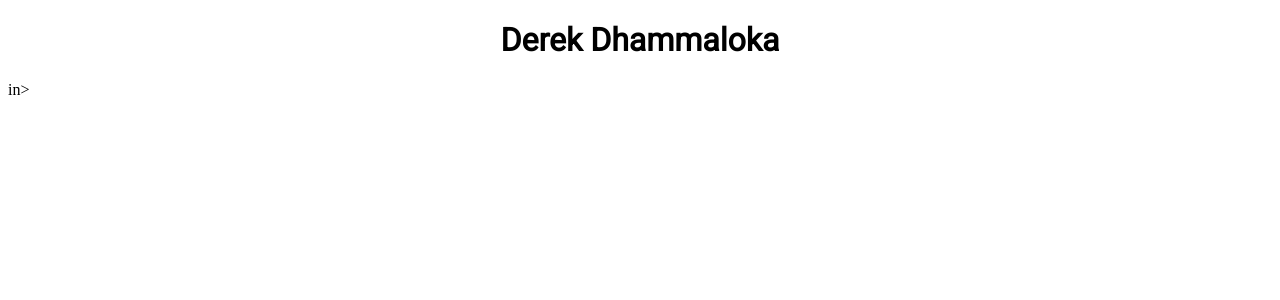
Repository: derektypist/tribute-page
Page: index.html
The author's editor kept a record of every edit. The page is drawn from the files as they stood at one moment, then again after the next edit.
The browser window is 1280 px wide. The pictures show the whole page.

Above is the page before.

### index.html
<!DOCTYPE html>
<html lang="en">
<head>
    <meta charset="UTF-8">
    <meta name="viewport" content="width=device-width, initial-scale=1.0">
    <meta http-equiv="X-UA-Compatible" content="ie=edge">
    <title>Derek Dhammaloka Tribute Page</title>
    <!-- Load Style Sheets -->
    <link href="https://fonts.googleapis.com/css?family=Roboto&display=swap" rel="stylesheet">
    <style>

        /* Title */
        #title {
            font-family: "Roboto", Arial, Verdana, sans-serif;
            text-align: center;
        }

        /* Tribute Info */
        #tribute-info {
            font-family: "Roboto", Arial, Verdana, sans-serif;
            text-align: center;
        }


    </style>
</head>
<body>
    <!-- Set Header Element -->
    <header>
        <h1 id="title">Derek Dhammaloka</h1>
    </header>in>

    </main>
</body>
</html>

After the next edit:
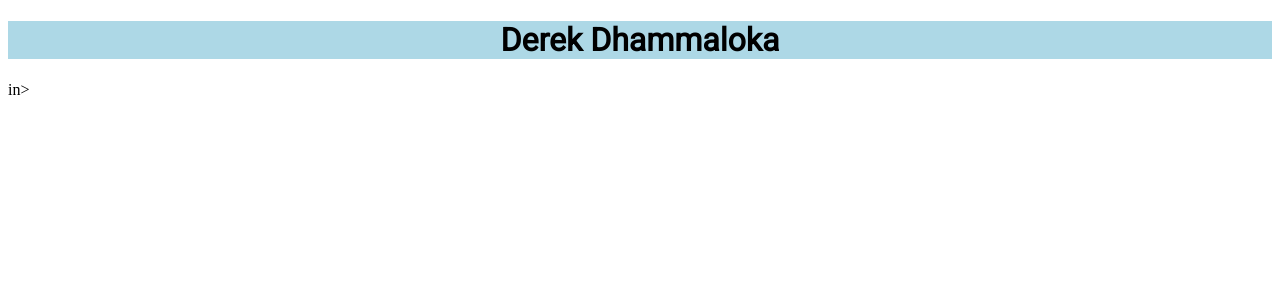
The edit:
--- a/index.html
+++ b/index.html
@@ -8,6 +8,12 @@
     <!-- Load Style Sheets -->
     <link href="https://fonts.googleapis.com/css?family=Roboto&display=swap" rel="stylesheet">
     <style>
+        /* Header */
+        header {
+            background-color: lightblue;
+        }
+
+
 
         /* Title */
         #title {
